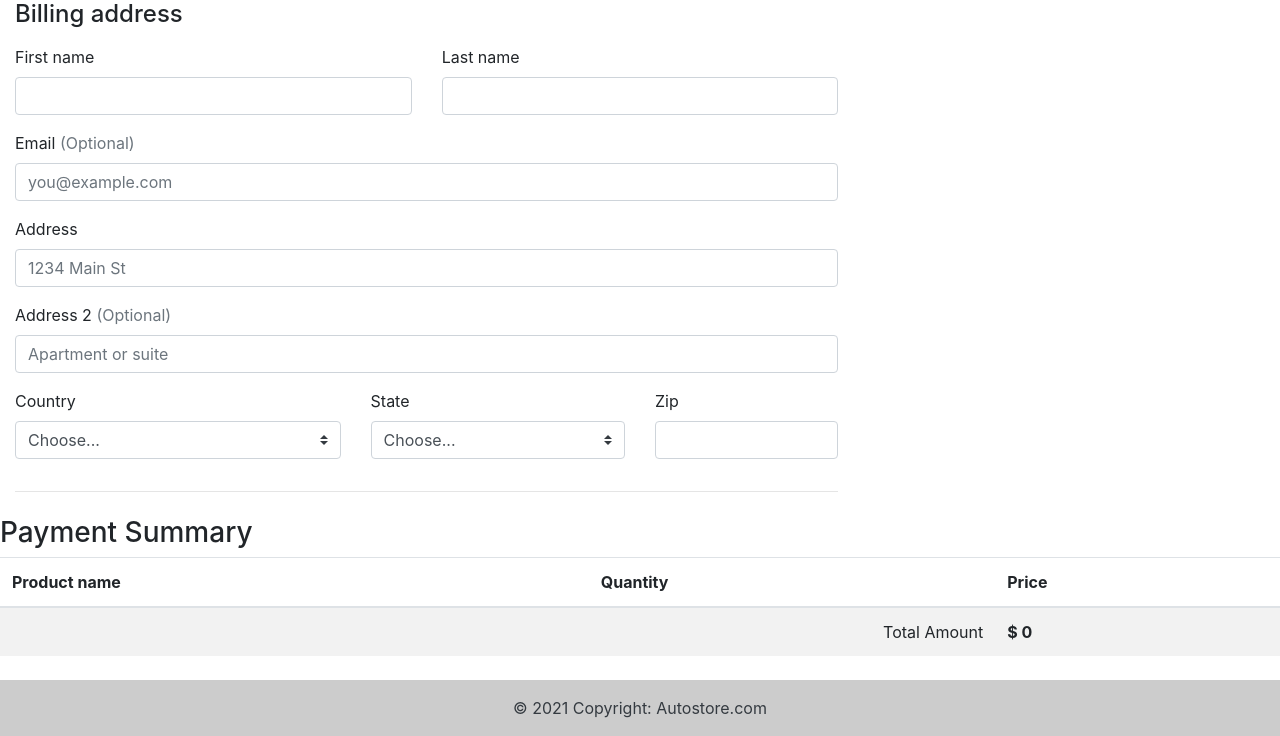
Repository: pravinsakthivel/ecommerce
Page: /checkout
The author's editor kept a copy of each file at every save. The page is drawn from the files as they stood at one save, then again after the next save.
The browser window is 1280 px wide. The pictures show the whole page.
The project was rebuilt for these pictures with package versions that can differ from the ones it lists, and the page was loaded fresh each time. Also part of the build but not shown: src/components/UI/BaseButton.vue, src/components/ProductItem.vue, src/components/UI/ShoppingCartIcon.vue, src/components/UI/NavigationBar.vue, src/components/UI/SearchBar.vue, src/components/ProductDescriptionModal.vue, src/components/ProductList.vue, src/components/CartList.vue and 5 more.

Above is the page before, as saved 2021-04-10 21:40:30.

### public/index.html
<!DOCTYPE html>
<html lang="">
  <head>
    <meta charset="utf-8" />
    <meta http-equiv="X-UA-Compatible" content="IE=edge" />
    <meta name="viewport" content="width=device-width,initial-scale=1.0" />
    <link rel="icon" href="<%= BASE_URL %>favicon.ico" />
    <link
      href="https://fonts.googleapis.com/css?family=Nunito+Sans:400,400i,700,900&display=swap"
      rel="stylesheet"
    />
    <title><%= htmlWebpackPlugin.options.title %></title>
  </head>
  <style>
    #page-container {
      position: relative;
      min-height: 100vh;
    }

    #content-wrap {
      padding-bottom: 2.5rem; /* Footer height */
    }

    #footer {
      position: absolute;
      bottom: 0;
      width: 100%;
      height: 2.5rem; /* Footer height */
    }
  </style>
  <body>
    <noscript>
      <strong
        >We're sorry but <%= htmlWebpackPlugin.options.title %> doesn't work
        properly without JavaScript enabled. Please enable it to
        continue.</strong
      >
    </noscript>
    <div id="page-container">
      <div id="content-wrap">
        <div id="app"></div>
      </div>
      <footer id="footer">
        <div class="text-center text-dark p-3 footer" style="background-color: rgba(0, 0, 0, 0.2);">
          © 2021 Copyright:
          <a class="text-dark" href="#">Autostore.com</a>
        </div>
      </footer>
    </div>
    <!-- built files will be auto injected -->
  </body>
</html>

### src/main.js
import { createApp } from 'vue';
import App from './App.vue';
import router from './router.js';
import store from './store.js';
import 'bootstrap';
import 'font-awesome/css/font-awesome.min.css';
import 'bootstrap/dist/css/bootstrap.min.css';
import BaseButton from "./components/UI/BaseButton.vue";
import BaseBadge from './components/UI/BaseBadge.vue';
import TheJumbotrom from './components/UI/TheJumbotron.vue';
import BaseModal from './components/UI/BaseModal.vue';



const app = createApp(App);
app.use(router);
app.use(store);
app.component('base-button',BaseButton);
app.component('base-badge',BaseBadge);
app.component('the-jumbotron',TheJumbotrom);
app.component('base-modal',BaseModal);
app.mount('#app');

### src/App.vue
<template>
 <router-view></router-view>

</template>

<script>

export default {
  name: 'App',
}
</script>

<style >

</style>

### src/router.js
import { createRouter, createWebHistory } from "vue-router";
import ProductList from "./components/ProductList.vue";
import CartList from "./components/CartList.vue";
import OrderSuccessPage from "./components/UI/OrderSuccess.vue";
import LoginPage from "./components/UI/LoginPage.vue";
import CheckoutPage from "./components/CheckoutPage.vue";

const router = createRouter({
  history: createWebHistory(),
  routes: [
    {
      path: "/",
      redirect: "/login",
    },
    {
      path: "/cartIems",
      component: CartList,
    },
    {
      path: "/products",
      component: ProductList,
    },
    {
      path: "/orderSuccessPage",
      component: OrderSuccessPage,
    },
    {
      path: "/login",
      component: LoginPage,
    },
    {
      path:"/checkout",
      component:CheckoutPage
    }
  ],
});

export default router;

### src/store.js
import {createStore} from 'vuex';
import productModule from './store/products/index.js'

const store = createStore({
   modules:{
        products:productModule
   }
});

export default store;

### src/components/CheckoutPage.vue
<template>
    <div class="col-md-8 ">
          <h4 class="mb-3">Billing address</h4>
          <form class="needs-validation" novalidate>
            <div class="row">
              <div class="col-md-6 mb-3">
                <label for="firstName">First name</label>
                <input type="text" class="form-control" id="firstName" placeholder="" value="" required>
                <div class="invalid-feedback">
                  Valid first name is required.
                </div>
              </div>
              <div class="col-md-6 mb-3">
                <label for="lastName">Last name</label>
                <input type="text" class="form-control" id="lastName" placeholder="" value="" required>
                <div class="invalid-feedback">
                  Valid last name is required.
                </div>
              </div>
            </div>
            <div class="mb-3">
              <label for="email">Email <span class="text-muted">(Optional)</span></label>
              <input type="email" class="form-control" id="email" placeholder="you@example.com">
              <div class="invalid-feedback">
                Please enter a valid email address for shipping updates.
              </div>
            </div>

            <div class="mb-3">
              <label for="address">Address</label>
              <input type="text" class="form-control" id="address" placeholder="1234 Main St" required>
              <div class="invalid-feedback">
                Please enter your shipping address.
              </div>
            </div>

            <div class="mb-3">
              <label for="address2">Address 2 <span class="text-muted">(Optional)</span></label>
              <input type="text" class="form-control" id="address2" placeholder="Apartment or suite">
            </div>

            <div class="row">
              <div class="col-md-5 mb-3">
                <label for="country">Country</label>
                <select class="custom-select d-block w-100" id="country" required>
                  <option value="">Choose...</option>
                  <option>United States</option>
                </select>
                <div class="invalid-feedback">
                  Please select a valid country.
                </div>
              </div>
              <div class="col-md-4 mb-3">
                <label for="state">State</label>
                <select class="custom-select d-block w-100" id="state" required>
                  <option value="">Choose...</option>
                  <option>California</option>
                </select>
                <div class="invalid-feedback">
                  Please provide a valid state.
                </div>
              </div>
              <div class="col-md-3 mb-3">
                <label for="zip">Zip</label>
                <input type="text" class="form-control" id="zip" placeholder="" required>
                <div class="invalid-feedback">
                  Zip code required.
                </div>
              </div>
            </div>
            <hr class="mb-4">
          </form>
    </div>
            <payment-details></payment-details>
</template>
<script>
import PaymentDetails from "./PaymentDetails.vue";

export default {
    components:{
        PaymentDetails
    }
}
</script>

### src/store/products/index.js
import actions from './actions.js';
import getters from './getters.js';
import mutations from './mutations.js';

export default{
    namespaced:true,
    state(){
        return{
            products: [],
            cartItems: [],
            productsIdsInCart:[],
            searchedItems:[],
            lastUpdated:null,
            loggedInUser :''
        }
    },
    actions,
    getters,
    mutations
}

### src/components/PaymentDetails.vue
<template>
  <div>
    <h3>Payment Summary</h3>
    <table class="table table-striped">
      <thead>
        <tr>
          <th>Product name</th>
          <th>Quantity</th>
          <th>Price</th>
        </tr>
      </thead>
      <tbody>
        <tr v-for="item in cartItems" :key="item.productId">
          <td>{{ item.productName }}</td>
          <td>{{ item.quantity }}</td>
          <td>$ {{ item.cartValue ? item.cartValue : item.price }}</td>
        </tr>
        <tr>
          <td colspan="2" class="text-right">Total Amount</td>
          <td>
            <strong>$ {{ totalCartValue }}</strong>
          </td>
        </tr>
      </tbody>
    </table>
  </div>
  <paypal-component :cartValue="totalCartValue"></paypal-component>
</template>
<script>
import PaypalComponent from './PayPalComponent.vue';
export default {
  components:{
    PaypalComponent
  },
  computed: {
    totalCartValue() {
      let cartvalue = 0;
      this.cartItems.forEach((element) => {
        cartvalue += element.cartValue ? element.cartValue : element.price;
      });
      console.log(cartvalue)
      return cartvalue;
    },
    cartItems(){
      return this.$store.getters['products/getCartItems']
    }
  }
};
</script>

### src/store/products/actions.js
export default {
  async loadProducts(context,forceRefresh) {
    console.log(context.getters.shouldRefresh , forceRefresh);
    if(!context.getters.shouldRefresh && !forceRefresh){
      console.log("sending cache data");
      return;
    }
    console.log("sending fetched data");
    let url = `https://products-data-b01f9-default-rtdb.firebaseio.com/products/-MXaxOFKGRgCKs_OkzrR.json`;
    let response = await fetch(url);
    let responseData = await response.json();
    context.commit("setProducts", responseData);
    context.commit("setTimeStamp");
  },
  setProducts(context, payload) {
    context.commit("setProducts", payload);
  },
  addProductItemToCart(context, product) {
    let cartItems = [...context.getters.getCartItems, product];
    context.dispatch("addProductIdInCart", product.productId);
    context.commit("setCartItems", cartItems);
  },
  addProductIdInCart(context, data) {
    let productIdsInCart = [...context.getters.getproductIdsIncart, data];
    context.commit("setProductIdsInCart", productIdsInCart);
  },
  setCartItems(context, data) {
    context.commit("setCartItems", data);
  },
  removeCartItem(context, productId) {
    let cartItems = context.getters.getCartItems;
    let filteredItems = cartItems.filter((item) => {
      return item.productId != productId;
    });
    context.dispatch("removeProductIdInCart", productId);
    context.commit("setCartItems", filteredItems);
  },
  removeProductIdInCart(context, productId) {
    let productIdsInCart = context.getters.getproductIdsIncart;
    const index = productIdsInCart.indexOf(productId);
    if (index > -1) {
      productIdsInCart.splice(index, 1);
    }
    context.commit("setProductIdsInCart", productIdsInCart);
  },
  setSearchedItems(context, payload) {
    context.commit("setSearchedItems", payload);
  },
  setUser(context,userName){
    context.commit("setUser",userName);
  },
  resetProductIdsInCart(context){
    context.commit("setProductIdsInCart",[])
  }
};

### src/store/products/getters.js
export default {
  getProducts(state) {
    return state.products;
  },
  getCartItems(state) {
    return state.cartItems;
  },
  getproductIdsIncart(state) {
    return state.productsIdsInCart;
  },
  shouldRefresh(state) {
    let lastUpdate = state.lastUpdated;
    if (!lastUpdate) {
      return true;
    }
    const currentTimeStamp = new Date().getTime();
    return (currentTimeStamp - lastUpdate) / 1000 > 60;
  },
  getSearchItems(state){
      return state.searchedItems;
  },
  getLoggedInUser(state){
    return state.loggedInUser;
  }
};

### src/store/products/mutations.js
export default {
  setCartItems(state, payload) {
    state.cartItems = payload;
  },
  setProducts(state, payload) {
    state.products = payload;
  },
  setProductIdsInCart(state, payload) {
    state.productsIdsInCart = payload;
  },
  setTimeStamp(state) {
    state.lastUpdated = new Date().getTime();
  },
  setSearchedItems(state, payload) {
    state.searchedItems = payload;
  },
  setUser(state, userName) {
    state.loggedInUser = userName;
  },
};

### src/components/PayPalComponent.vue
<template>
  <div id="paypal-button"></div>
</template>
<script>
export default {
  props:["cartValue"],
  mounted() {
    let paypalScript = document.createElement("script");
    paypalScript.setAttribute(
      "src",
      "https://www.paypal.com/sdk/js?client-id=AVqt9vrCUVqfc7P88IdNEju9AuBGJq-97Q6YjIoat7qiJp9kvvh4UoYTX6ck6Du60ubYApPewCvAZViN"
    );
    paypalScript.addEventListener("load", this.loadPayPal);
    document.head.appendChild(paypalScript);
  },
  methods:{
      loadPayPal() {
      let self = this;

      window.paypal
        .Buttons({
          createOrder: function(data, actions) {
           let totalCartValue = self.cartValue;
            // This function sets up the details of the transaction, including the amount and line item details.
            return actions.order.create({
              purchase_units: [
                {
                  amount: {
                    value: totalCartValue,
                  },
                },
              ],
            });
          },
          onApprove: function(data, actions) {
            // This function captures the funds from the transaction.
            return actions.order.capture().then(function(details) {
              // This function shows a transaction success message to your buyer.
              self.processPostPayment(details);
            });
          },
        })
        .render("#paypal-button");
    },
     processPostPayment(details) {
      console.log(details);
      this.$store.dispatch("products/setCartItems", []);
      this.$store.dispatch("products/resetProductIdsInCart");
      this.$router.push("orderSuccessPage");
    }
  }
};
</script>

After the next save:
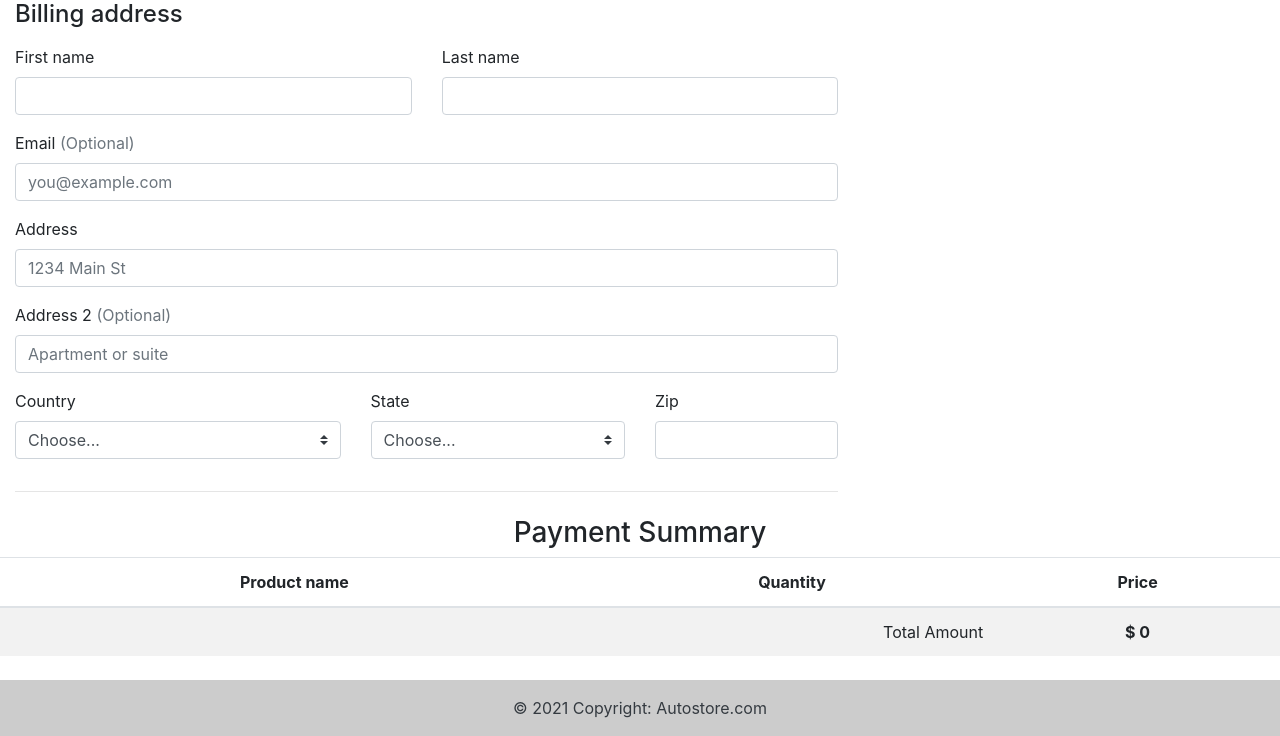
Saved 27 s later.
--- a/src/components/CheckoutPage.vue
+++ b/src/components/CheckoutPage.vue
@@ -71,7 +71,10 @@
             <hr class="mb-4">
           </form>
     </div>
+    <div class="text-center">
             <payment-details></payment-details>
+
+    </div>
 </template>
 <script>
 import PaymentDetails from "./PaymentDetails.vue";
